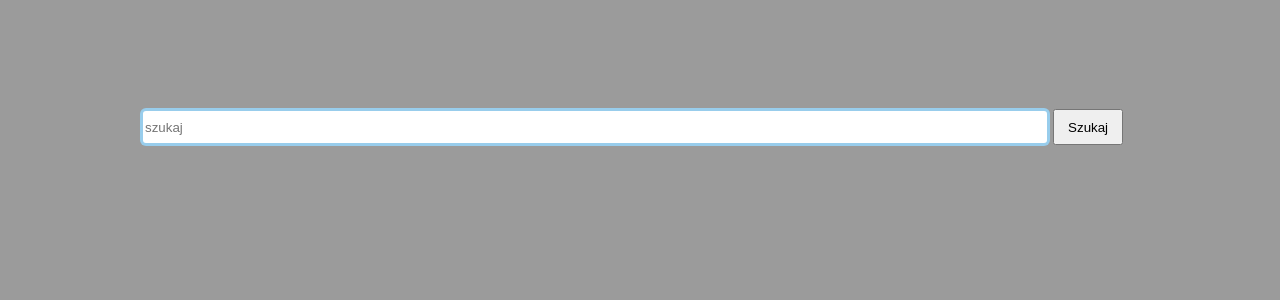
Repository: kq333/wyszukiarka-filmowa
Page: index.html
An editor plug-in stored every save of this project. The page is shown before and after a run of saves, followed by the edit.
The browser window is 1280 px wide. The pictures show the whole page.
The style sheet was rebuilt from its Sass, Less or Tailwind sources for each picture, by a compiler version that may differ from the author's.

Above is the page before, as saved 2021-01-20 22:42:06.

### index.html
<!DOCTYPE html>
<!--[if lt IE 7]>      <html class="no-js lt-ie9 lt-ie8 lt-ie7"> <![endif]-->
<!--[if IE 7]>         <html class="no-js lt-ie9 lt-ie8"> <![endif]-->
<!--[if IE 8]>         <html class="no-js lt-ie9"> <![endif]-->
<!--[if gt IE 8]>      <html class="no-js"> <!--<![endif]-->
<html>
    <head>
        <meta charset="utf-8">
        <meta http-equiv="X-UA-Compatible" content="IE=edge">
        <title></title>
        <meta name="description" content="">
        <meta name="viewport" content="width=device-width, initial-scale=1">
        <link rel="stylesheet" href="style/style.css">
        <link rel="preconnect" href="https://fonts.gstatic.com">
        <link href="https://fonts.googleapis.com/css2?family=Lato:wght@100;400&display=swap" rel="stylesheet">
    </head>


    <body>
        <!--[if lt IE 7]>
            <p class="browsehappy">You are using an <strong>outdated</strong> browser. Please <a href="#">upgrade your browser</a> to improve your experience.</p>
        <![endif]-->

        <main>
            <div id="container">
                    <div class="searchBar">
                        <input id="search" type="text" placeholder="szukaj" onfocus="this.value=''">
                        <button id="btn">Szukaj</button>
                    </div>

                        <div class="movieTitle"></div>

                            <div class="mainContent">
                                <div class="leftSide">
                                    <div class="poster"></div>
                                </div>

                                    <div class="rightSide">
                                        <div class="director">
                                            <span class="NameD"></span>
                                            <span class="DirectorName"></span>
                                        </div>
                                            <div class="Actors">
                                                <span class="NameA"></span>
                                                <span class="ActorsName"></span>
                                            </div>
                                                <div class="Country">
                                                    <span class="NameC"></span>
                                                    <span class="CountryName"></span>
                                                </div>
                                                    <div class="Year">
                                                        <span class="NameY"></span>
                                                        <span class="YearName"></span>
                                                    </div>
                                                        <div class="Genre">
                                                            <span class="NameG"></span>
                                                            <span class="GenreName"></span>
                                                        </div>
                                                            <div class="Plot">
                                                                <span class="NameP"></span>
                                                                <span class="PlotName"></span>
                                                            </div>
                                                                <div class="Rating">
                                                                    <span class="NameR"></span>
                                                                    <span class="RatingName"></span>
                                                                </div>
                                    </div>
                            </div>
            </div>

            <footer>
                <div class="description"></div>
            </footer>
        </main>

        <script src="script.js" async>

        </script>
    </body>
</html>

### script.js
const btn = document.getElementById("btn");

btn.addEventListener('click', ()=>{

    let search = document.getElementById("search").value;


  /*  function validateForm() {
        const x = document.getElementById("search").value;
        if (x == "") {


          return false;
        }
      }

      validateForm()


*/


 document.querySelector(".poster").innerHTML ="";


 const url =   'http://www.omdbapi.com/?apikey=7bd5b2c8&t=';

  const result  = url + search;
  fetch(result)

  .then((res)=>{
      return res.json();
  })

  .then((data)=>{
     document.querySelector(".movieTitle").innerHTML = data.Title;
     document.querySelector(".NameD").innerHTML = "Reżyser:";
     document.querySelector(".DirectorName").innerHTML = data.Director;
     document.querySelector(".NameA").innerHTML = "Występują:";
     document.querySelector(".ActorsName").innerHTML = data.Actors;
     document.querySelector(".NameC").innerHTML = "Kraj:";
     document.querySelector(".CountryName").innerHTML = data.Country;
     document.querySelector(".NameY").innerHTML = "Rok:";
     document.querySelector(".YearName").innerHTML = data.Released;
     document.querySelector(".NameG").innerHTML = "Gatunek:";
     document.querySelector(".GenreName").innerHTML = data.Genre;
     document.querySelector(".NameP").innerHTML = "Opis:";
     document.querySelector(".PlotName").innerHTML = data.Plot;
     document.querySelector(".NameR").innerHTML = "Ocena Imdb:";
     document.querySelector(".RatingName").innerHTML = data.imdbRating;




    let poster = data.Poster;

      createImage = () =>{
          const elem = document.createElement("img")
          document.querySelector(".poster").appendChild(elem);
          elem.src = poster;
      }
      createImage();
  })

 .catch((error)=>{
     alert(error)
 });





});

### style/style.scss
body{
    background-color: rgba(7, 6, 6, 0.4);
    font-family: 'Lato', sans-serif;
}

@mixin NameProperty{
    text-transform: uppercase;
    font-size: 20px;
    font-weight: bold;
    letter-spacing: 2px;


}

@mixin rightSideProperty{
    text-transform: uppercase;
    font-size: 20px;

}

@mixin description{
    height: auto;
    width: auto;
    margin-bottom: 10px;

}


#container{
    width:1000px;
    height: auto;
    margin:auto;
    display:grid;
    grid-template-columns: auto;
    grid-template-areas:"searchBar"
                        "movieTitle"

                        ;





.searchBar{
    grid-area:searchBar;
    margin:auto;
    margin-top:100px;
    width:1000px;

    #search{
        width: 90%;
        height: 30px;
        border-radius: 6px;
        border:3px solid rgba(84, 172, 223, 0.6);
    }

    #btn{
        width: 70px;
        height: 36px;
    }


}

.movieTitle{
    grid-area: movieTitle;
    margin:auto;
    margin-top:50px;
    margin-bottom: 50px;
    font-size: 60px;
    letter-spacing: 6px;
    text-transform: uppercase;

}


.mainContent{
    width:1000px;
    margin:auto;
    display:grid;
    gap:10px;
    grid-template-columns: 40% 60%;
    grid-template-areas:"leftSide rightSide" ;


    .leftSide{
        grid-area:leftSide;

        .poster{
            width:490px;
            margin-left: 20px;

            img{
                width:auto;
                height:50vh;
            }

        }

    }


    .rightSide{

        grid-area:rightSide;
        margin:auto;



        .director{
            @include description;


            .NameD{

                @include NameProperty;

            }

            .DirectorName{
                @include rightSideProperty;


            }
        }

        .Actors{
            @include description;


            .NameA{

                @include NameProperty;

            }

            .ActorsName{
                @include rightSideProperty;


            }
        }

        .Country{
            @include description;

            .NameC{

                @include NameProperty;

            }

            .CountryName{
                @include rightSideProperty;


            }
        }

        .Year{
            @include description;

            .NameY{

                @include NameProperty;

            }

            .YearName{
                @include rightSideProperty;


            }
        }

        .Genre{
            @include description;

            .NameG{

                @include NameProperty;

            }

            .GenreName{
                @include rightSideProperty;


            }
        }

        .Plot{
            @include description;

            .NameP{

                @include NameProperty;

            }

            .PlotName{
                @include rightSideProperty;


            }
        }

        .Rating{
            @include description;

            .NameR{

                @include NameProperty;

            }

            .RatingName{
                @include rightSideProperty;


            }
        }
    }
}
};

After the next 2 saves:
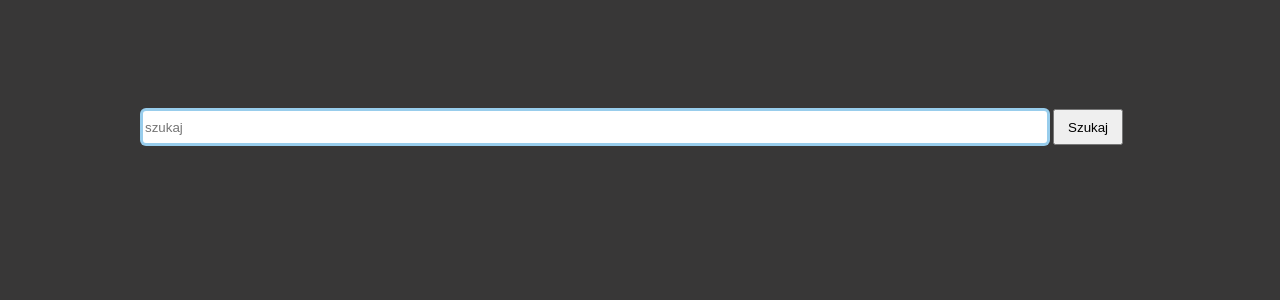
The 2 saves are shown as one change because they came seconds apart.
The last was saved 8 s later.
--- a/style/style.scss
+++ b/style/style.scss
@@ -1,5 +1,5 @@
 body{
-    background-color: rgba(7, 6, 6, 0.4);
+    background-color: rgba(7, 6, 6, 0.8);
     font-family: 'Lato', sans-serif;
 }
 
